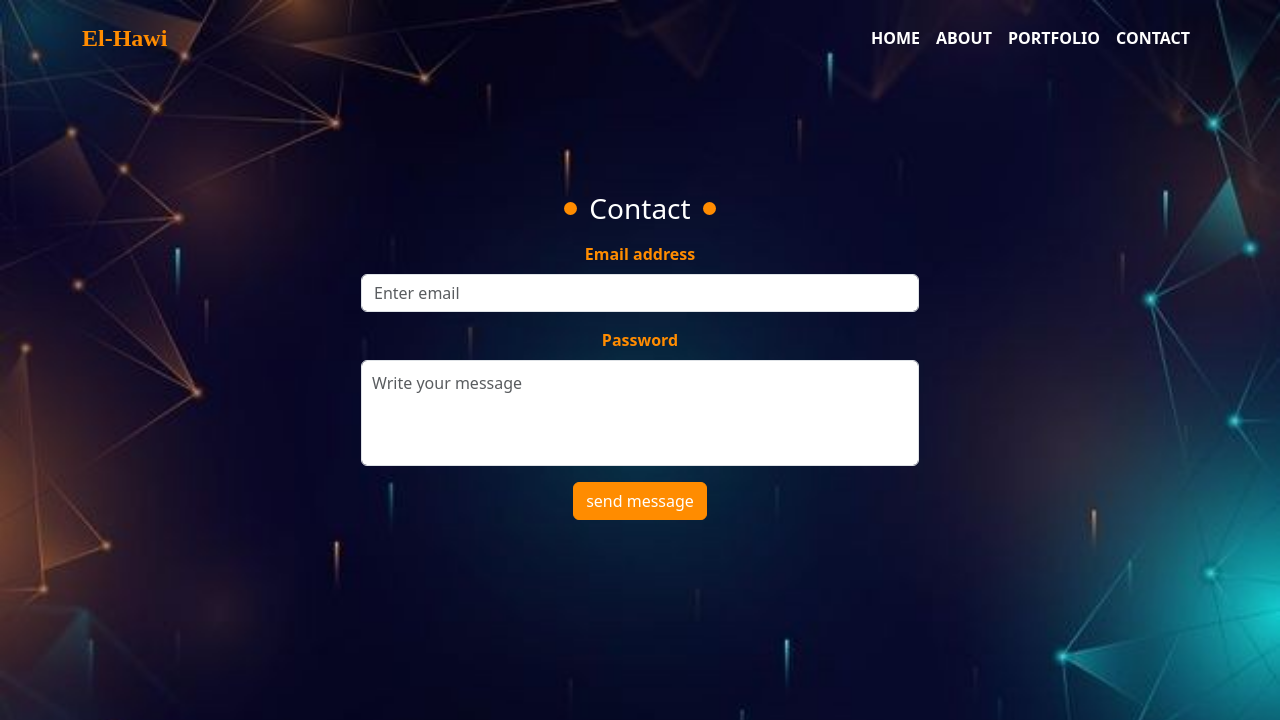
Repository: amralhawi123/Portfolio
Page: /contact
These files come from the project's save history. The page is drawn as it stood at one moment and after the next save; the edit follows.
The browser window is 1280 px wide. The pictures show the whole page.
The project was rebuilt for these pictures with package versions that can differ from the ones it lists, and the page was loaded fresh each time. Also part of the build but not shown: src/components/landing/landing.css, src/components/landing/landing.js, src/components/about/about.css, src/components/about/About.js, src/components/Portfolio/portfolio.css, src/components/Portfolio/Portfolio.js. Imported but missing from the stored project, and not drawn on this page: src/image/Amr Mahmoud Alhawi.pdf.

Above is the page before, as saved 2023-08-28 17:34:53.

### public/index.html
<!DOCTYPE html>
<html lang="en">
  <head>
    <meta charset="utf-8" />
    <link rel="icon" href="%PUBLIC_URL%/favicon.ico" />
    <meta name="viewport" content="width=device-width, initial-scale=1" />
    <meta name="theme-color" content="#000000" />
    <meta
      name="description"
      content="Web site created using create-react-app"
    />
    <link rel="stylesheet" href="https://cdnjs.cloudflare.com/ajax/libs/font-awesome/6.4.2/css/all.min.css" integrity="sha512-z3gLpd7yknf1YoNbCzqRKc4qyor8gaKU1qmn+CShxbuBusANI9QpRohGBreCFkKxLhei6S9CQXFEbbKuqLg0DA==" crossorigin="anonymous" referrerpolicy="no-referrer" />

    <link rel="apple-touch-icon" href="%PUBLIC_URL%/logo192.png" />
    <link rel="manifest" href="%PUBLIC_URL%/manifest.json" />
    <title>My Portfolio</title>
  </head>
  <body>
    <!-- <noscript>You need to enable JavaScript to run this app.</noscript> -->
    <div id="root"></div>

  </body>
</html>

### src/components/navbar/MayNav.js
import React from 'react'
import './Maynav.css'
import { Nav, Navbar } from 'react-bootstrap'

const MayNav = () => {
  return (
       <div className='myNav'>
      <Navbar    expand="lg" data-bs-theme="dark">
      <Navbar.Brand href="#home" className='fs-4'>El-Hawi</Navbar.Brand>
        <Navbar.Toggle aria-controls="basic-navbar-nav" />
        <Navbar.Collapse id="basic-navbar-nav">
        <Nav className="ms-auto links">
            <Nav.Link href="#home">HOME</Nav.Link>
            <Nav.Link href="#about">ABOUT</Nav.Link>
            <Nav.Link href="#portfolio">PORTFOLIO</Nav.Link>
            <Nav.Link href="#contact">CONTACT</Nav.Link>
          </Nav>
        </Navbar.Collapse>
    </Navbar>
     </div>

  )
}

export default MayNav

### src/components/contact/contact.js
import React from 'react'
import './contact.css'
import { Button, Form } from 'react-bootstrap'
const Contact = () => {
  return (
    <div className='contact text-center' id='contact'>
      <h3 className=' my-3'>Contact</h3>
       <Form>
      <Form.Group className="mb-3" controlId="formBasicEmail">
        <Form.Label>Email address</Form.Label>
        <Form.Control type="email" placeholder="Enter email" />
      </Form.Group>

      <Form.Group className="mb-3" controlId="formBasicPassword">
        <Form.Label>Password</Form.Label>
        <Form.Control type="text" className='heghit' placeholder="Write your message" />
      </Form.Group>
      <Button variant="primary" className='button' type="submit">
        send message
      </Button>
    </Form>
    </div>
  )
}

export default Contact

### src/components/navbar/Maynav.css
.myNav .navbar-brand{
   font-weight: bold ;
   font-family: auto;
   color:darkorange;
}

.navbar-toggler{
   background-color: white !important;
}
@media (max-width:576px) {
   .navbar-toggler{
      display: none !important;
   }
   .collapse:not(.show) {
      display: block !important;
  }
}
.myNav .links a {
   display: flex;
    justify-content: center;
    align-items: center;
    height: 60px;
    padding: 0 20px;
    position: relative;
    transition: .2s;
    overflow: hidden;
    text-decoration: auto;
    color: white;
    font-weight: 700;
}
.myNav .links a::before{
   content: '';
   position: absolute;
   width: 100%;
   height: 3px;
   background-color: darkorange;
   top: 0;
   left: -100%;
   transition: .2s;
}
.myNav .links a:hover::before {
   left: 0;
}
@media (max-width:576px) {
   .navbar-toggler{
      display: none !important;
   }
   .collapse:not(.show) {
      display: block !important;
  }
  .navbar-nav {
    flex-direction: row !important;
  }
  .myNav .links a{
   padding: 0 15px;
  }
  .navbar{
   display: block !important;
   text-align: center;
  }
  .myNav .links a::before{
   top: 94%;
   left: -100%;
   transition: .2s;
}

}

### src/components/contact/contact.css
.contact{
   margin: 100px 0;
    text-align: center;
    display: flex;
    flex-direction: column;
    align-items: center;
}

.form-label {
   margin-bottom: .5rem;
   color: darkorange;
   font-weight: bold;
}
form{
   width: 50%;
}
form .heghit{
   padding: 10px 0 70px 10px;
}
.button{
   background-color: darkorange !important;
   border-color: darkorange !important;
}
.contact  h3{
   color: white;
   position: relative;
   display: inline-block;
}
.contact  h3::before{
   content: '';
   position: absolute;
   background-color: darkorange;
   width: 13px;
   height: 13px;
   border-radius: 50%;
   left: -25px;
   top: 30%;
}
.contact  h3::after{
   content: '';
   position: absolute;
   background-color: darkorange;
   width: 13px;
   height: 13px;
   border-radius: 50%;
   right: -25px;
   top: 30%;
}

Loaded but not shown: src/index.js (common file); src/App.js (common file); src/index.css (common file)

After the next save:
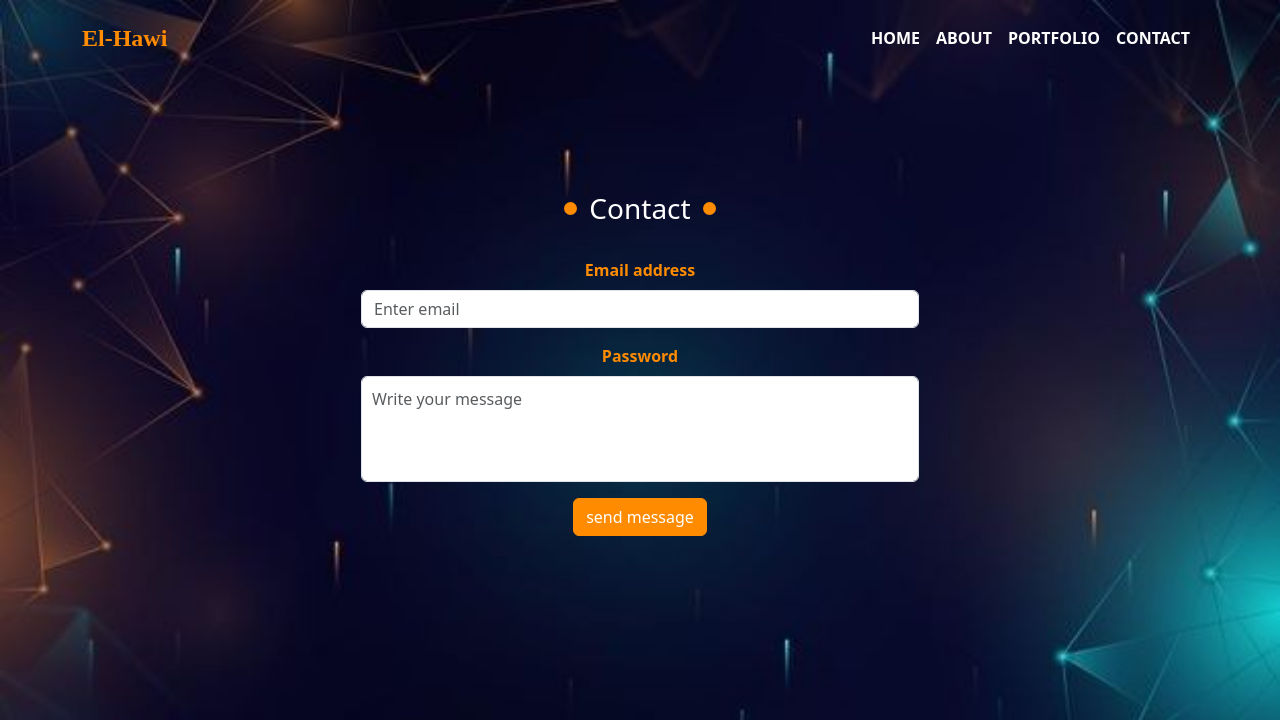
Saved 17 s later.
--- a/src/components/contact/contact.js
+++ b/src/components/contact/contact.js
@@ -5,7 +5,7 @@ const Contact = () => {
   return (
     <div className='contact text-center' id='contact'>
       <h3 className=' my-3'>Contact</h3>
-       <Form>
+       <Form className=' my-3'>
       <Form.Group className="mb-3" controlId="formBasicEmail">
         <Form.Label>Email address</Form.Label>
         <Form.Control type="email" placeholder="Enter email" />
